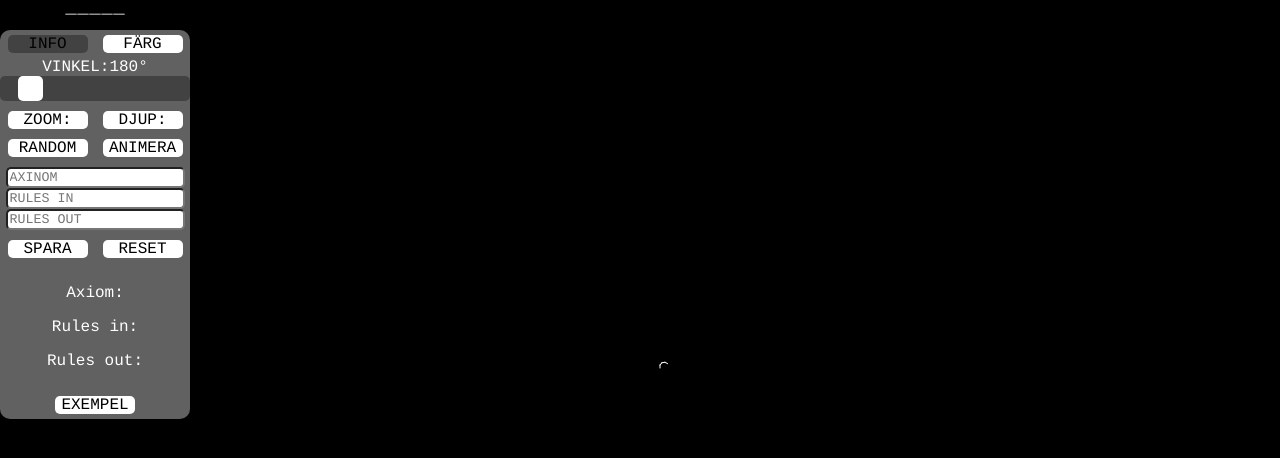
Repository: Gabrielw123/Fraktalgenerator
Page: fraktaler/test/index.html
An editor plug-in stored every save of this project. The page is shown before and after the next save, followed by the edit.
The browser window is 1280 px wide. The pictures show the whole page.
The pointer rests on the first visible `a.knapp`.
Some web libraries are served in a nearby version.

Above is the page before, as saved 2022-01-13 13:25:11.

After the next save:
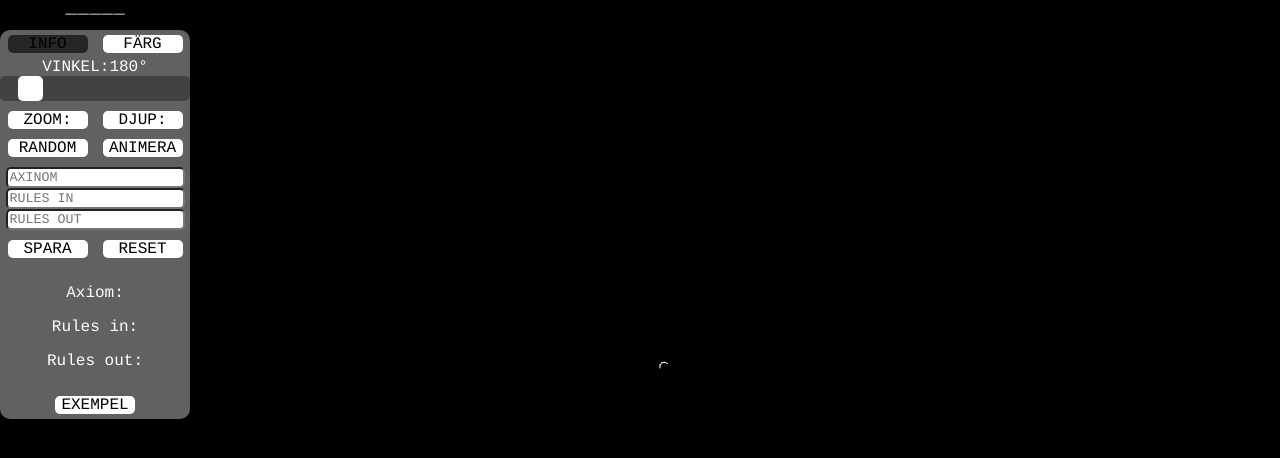
Saved 107 s later.
--- a/fraktaler/test/style.css
+++ b/fraktaler/test/style.css
@@ -99,7 +99,7 @@ a.knapp {
   border-radius: 5px;
 }
 a.knapp:hover {
-  background: #424242;
+  background: #262626;
   border-radius: 5px;
 }
 
@@ -131,7 +131,7 @@ a.knappex {
   border-radius: 5px;
 }
 a.knappex:hover {
-  background: #424242;
+  background: #262626;
   border-radius: 5px;
 }
 .span {
@@ -148,6 +148,6 @@ a.knappex:hover {
   border-radius: 5px;
 }
 a.knappgöm:hover {
-  background: #424242;
+  background: #262626;
   border-radius: 5px;
 }
